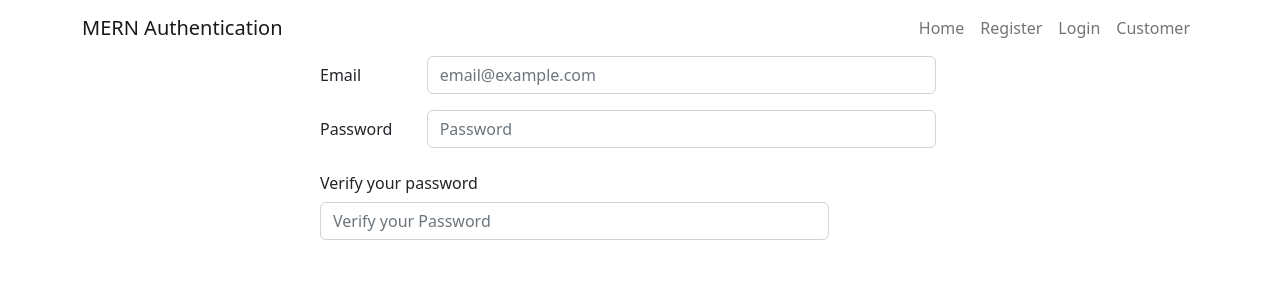
Repository: RubaHusam/MERN-Auth
Page: /register (app in frontend/)
An editor plug-in stored every save of this project. The page is shown before and after the next save, followed by the edit.
The browser window is 1280 px wide. The pictures show the whole page.
The project was rebuilt for these pictures with package versions that can differ from the ones it lists, and the page was loaded fresh each time.

Above is the page before, as saved 2023-01-27 19:00:40.

After the next save:
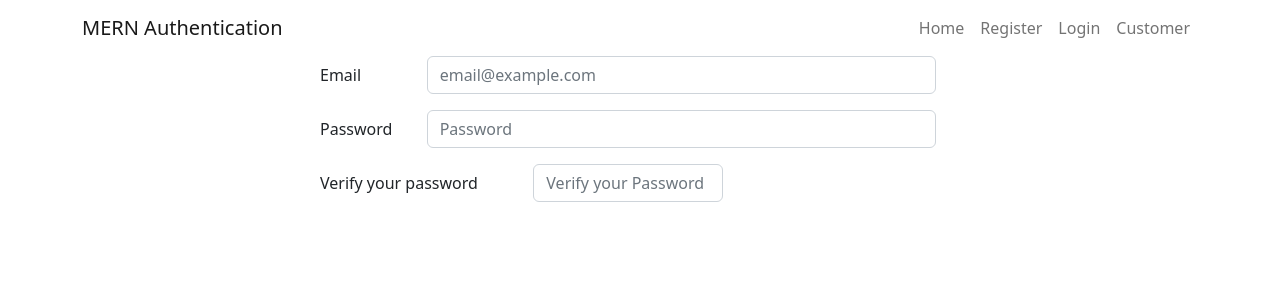
Saved 13 s later.
--- a/frontend/src/components/Auth/Register.js
+++ b/frontend/src/components/Auth/Register.js
@@ -30,7 +30,7 @@ export default function Register() {
           <Form.Label column lg='4' sm='2'>
             Verify your password
           </Form.Label>
-          <Col sm='10'>
+          <Col lg='4' sm='10'>
             <Form.Control type='password' placeholder='Verify your Password' />
           </Col>
         </Form.Group>
